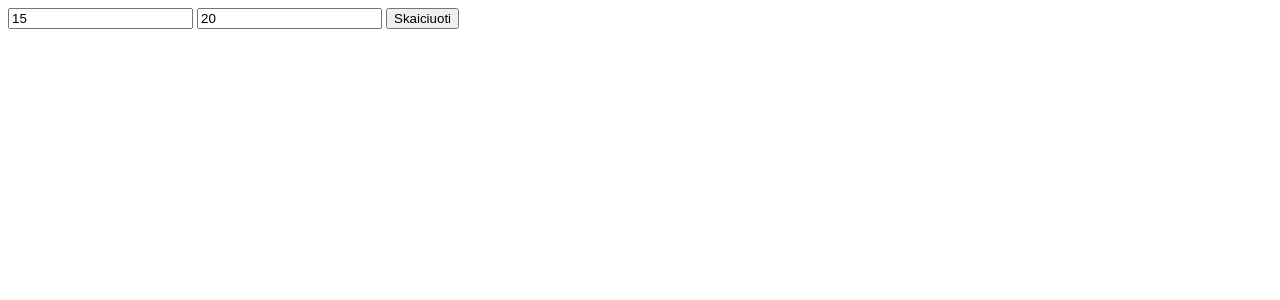
Repository: motiejus1/11-paskaita-PHP-05.31
Page: http://localhost/skaiciuotuvas.php
The author's editor kept a copy of each file at every save. The page is drawn from the files as they stood at one save, then again after the next save.
The browser window is 1280 px wide. The pictures show the whole page.
The page is run by PHP 8.4 with error messages shown; the project is at /var/www/html/.

Above is the page before, as saved 2021-08-09 20:19:31.

After the next save:
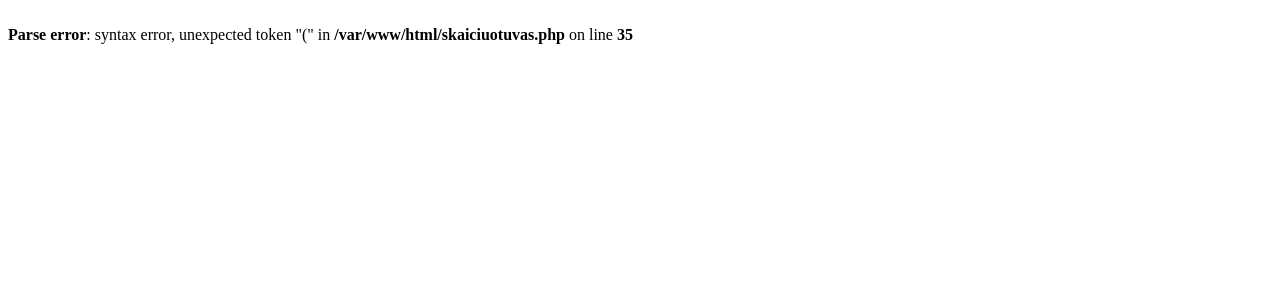
Saved 9 s later.
--- a/skaiciuotuvas.php
+++ b/skaiciuotuvas.php
@@ -32,7 +32,7 @@
         echo $this->rezultatas;
     }
 
-
+    function()
 }
 
 if(isset($_GET["skaiciuoti"])) {

After the 2 saves that followed:
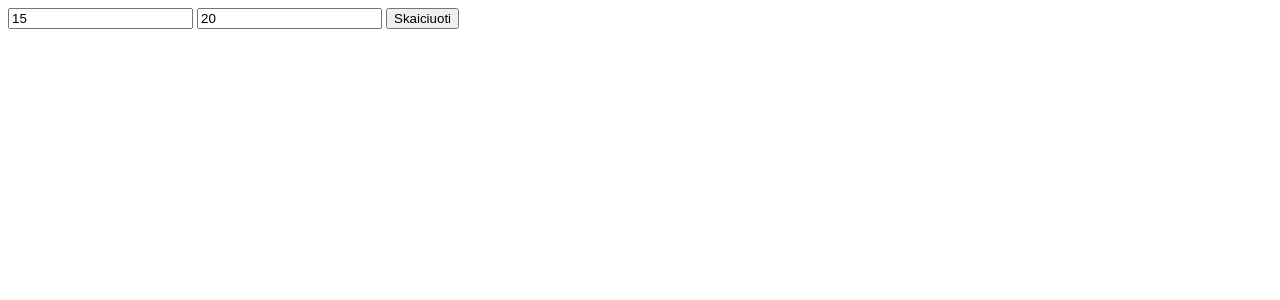
The 2 saves are shown as one change because they came seconds apart.
The last was saved 7 s later.
--- a/skaiciuotuvas.php
+++ b/skaiciuotuvas.php
@@ -32,7 +32,9 @@
         echo $this->rezultatas;
     }
 
-    function()
+    function suma() {
+
+    }
 }
 
 if(isset($_GET["skaiciuoti"])) {
